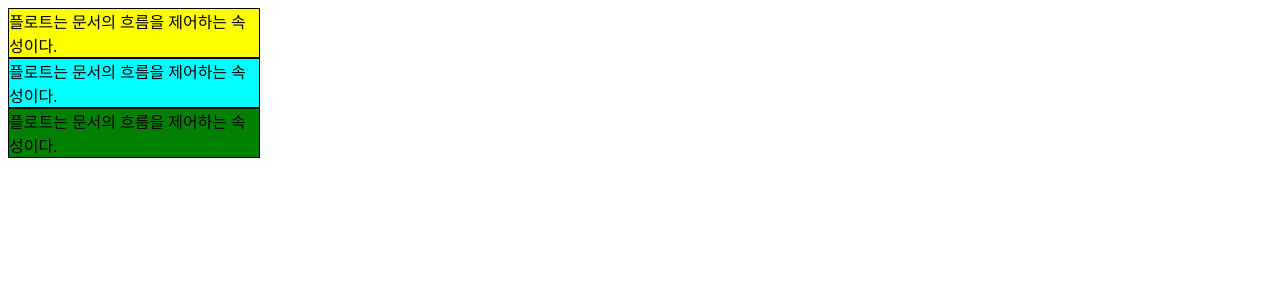
Repository: wishinghyun/multicampus
Page: webwork/clientweb/WebContent/css/css_float_test01.html
These files come from the project's save history. The page is drawn as it stood at one moment and after the next save; the edit follows.
The browser window is 1280 px wide. The pictures show the whole page.

Above is the page before, as saved 2020-01-06 01:20:28.

### webwork/clientweb/WebContent/css/css_float_test01.html
<!DOCTYPE html>
<html>
<head>
	<meta charset="EUC-KR">
	<title>Insert title here</title>
	<style type="text/css">
		#mydiv01{
			border: solid 1px black;
			background-color: yellow;
			width: 250px;
		}
		#mydiv02{
			border: solid 1px black;
			background-color: aqua;
			width: 250px;
		}
		#mydiv03{
			border: solid 1px black;
			background-color: green;
			width: 250px;
		}
	</style>
</head>
<body>
	<div id="outer">
		<div id="mydiv01">플로트는 문서의 흐름을 제어하는 속성이다.</div>
		<div id="mydiv02">플로트는 문서의 흐름을 제어하는 속성이다.</div>
		<div id="mydiv03">플로트는 문서의 흐름을 제어하는 속성이다.</div>
	</div>
</body>
</html>

After the next save:
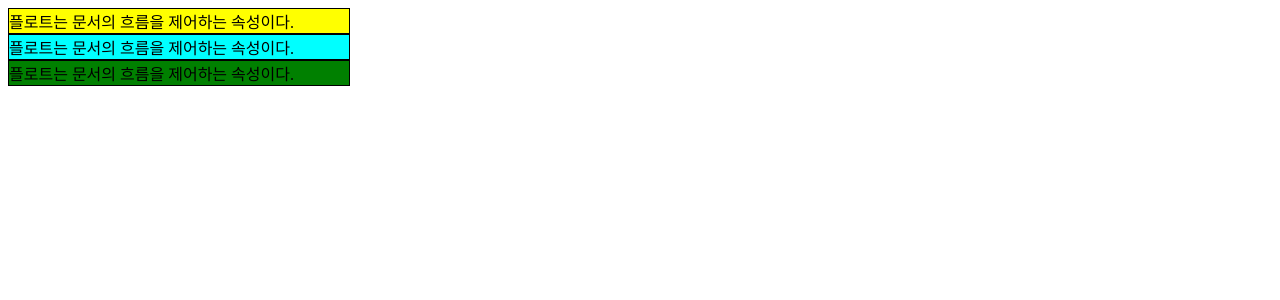
Saved 2 min 53 s later.
--- a/webwork/clientweb/WebContent/css/css_float_test01.html
+++ b/webwork/clientweb/WebContent/css/css_float_test01.html
@@ -7,17 +7,17 @@
 		#mydiv01{
 			border: solid 1px black;
 			background-color: yellow;
-			width: 250px;
+			width: 340px;
 		}
 		#mydiv02{
 			border: solid 1px black;
 			background-color: aqua;
-			width: 250px;
+			width: 340px;
 		}
 		#mydiv03{
 			border: solid 1px black;
 			background-color: green;
-			width: 250px;
+			width: 340px;
 		}
 	</style>
 </head>
